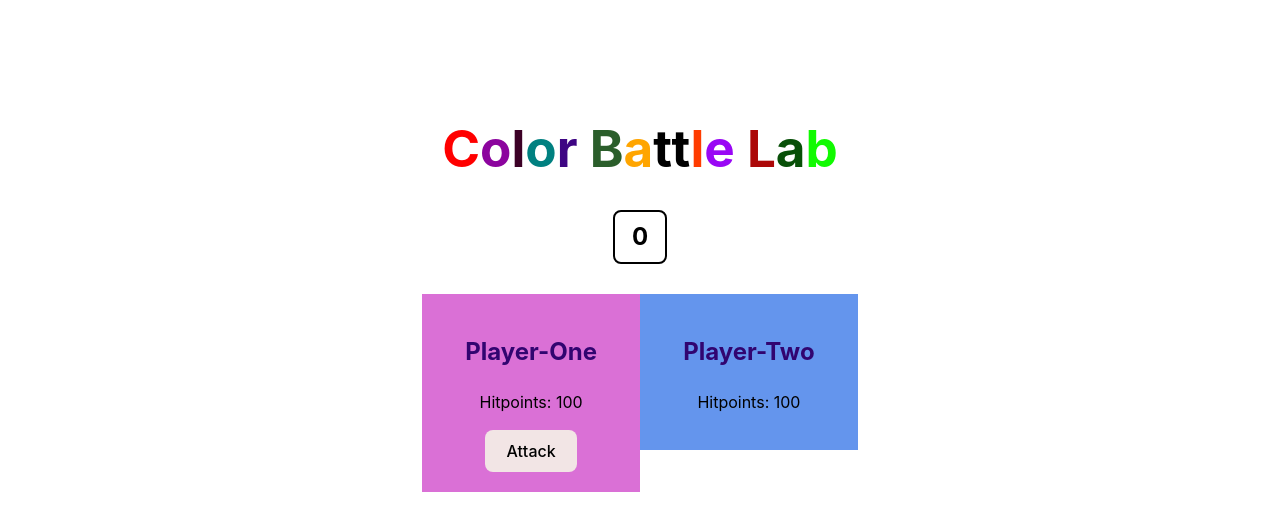
Repository: RAWdevX21/color-battle_lab-build
Page: /
An editor plug-in stored every save of this project. The page is shown before and after the next save, followed by the edit.
The browser window is 1280 px wide. The pictures show the whole page.
The project was rebuilt for these pictures with package versions that can differ from the ones it lists, and the page was loaded fresh each time. Also part of the build but not shown: vite.config.js.

Above is the page before, as saved 2023-08-17 03:06:04.

After the next save:
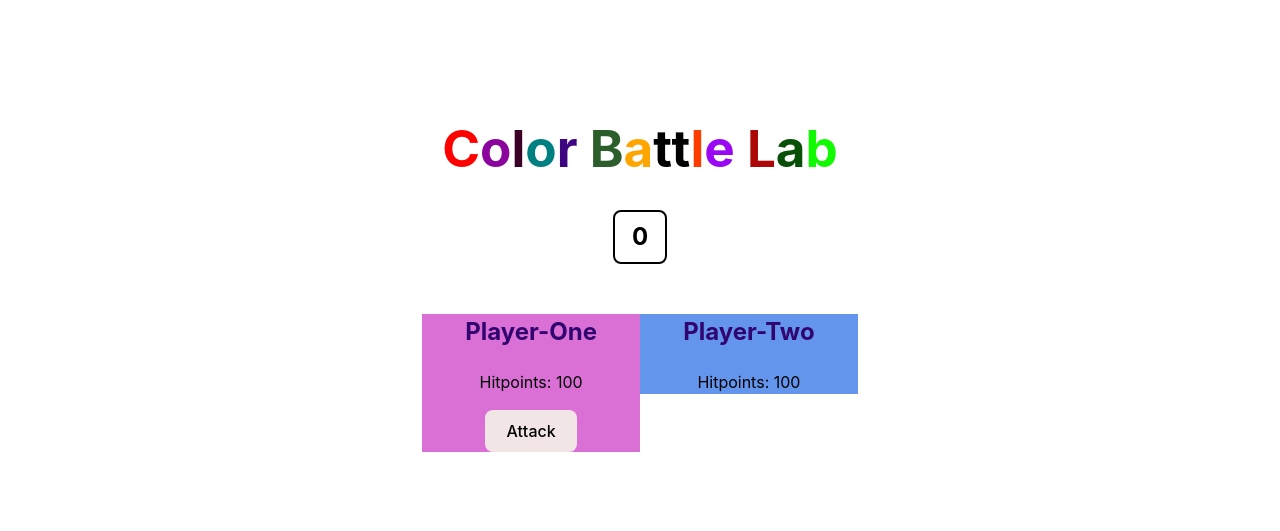
Saved 7 min 32 s later.
--- a/src/Components/PlayerInfo.css
+++ b/src/Components/PlayerInfo.css
@@ -1,3 +1,10 @@
+div.player {
+    margin: 0;
+    padding: 0;
+    border: none;
+    height: auto; /* or set a fixed height if you want */
+}
+
 .player {
     padding: 20px;
     box-sizing: border-box;

After the save that followed:
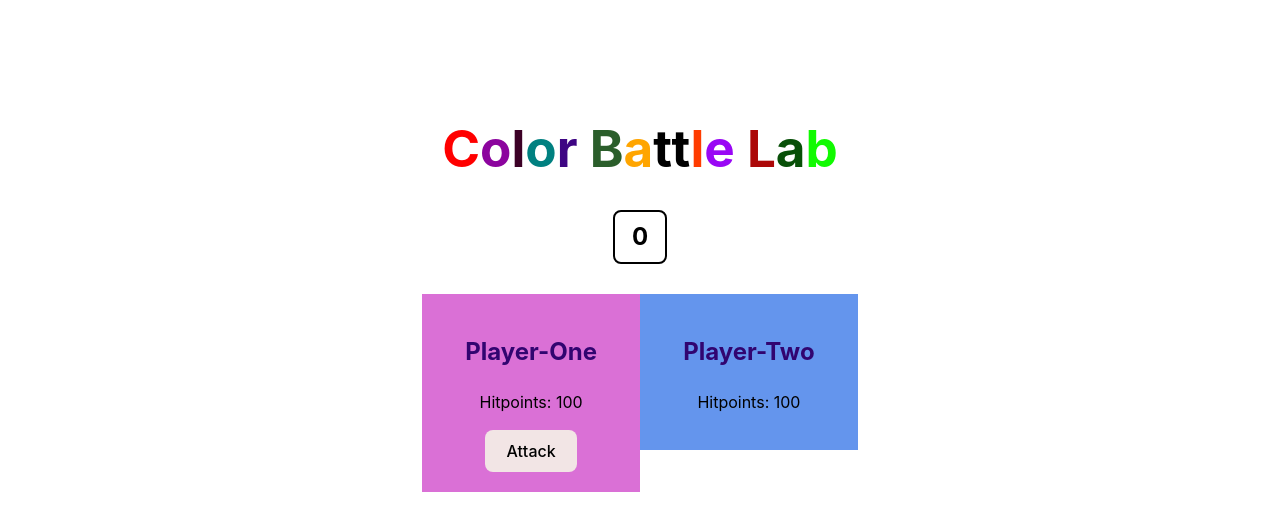
Saved 21 s later.
--- a/src/Components/PlayerInfo.css
+++ b/src/Components/PlayerInfo.css
@@ -1,10 +1,3 @@
-div.player {
-    margin: 0;
-    padding: 0;
-    border: none;
-    height: auto; /* or set a fixed height if you want */
-}
-
 .player {
     padding: 20px;
     box-sizing: border-box;
